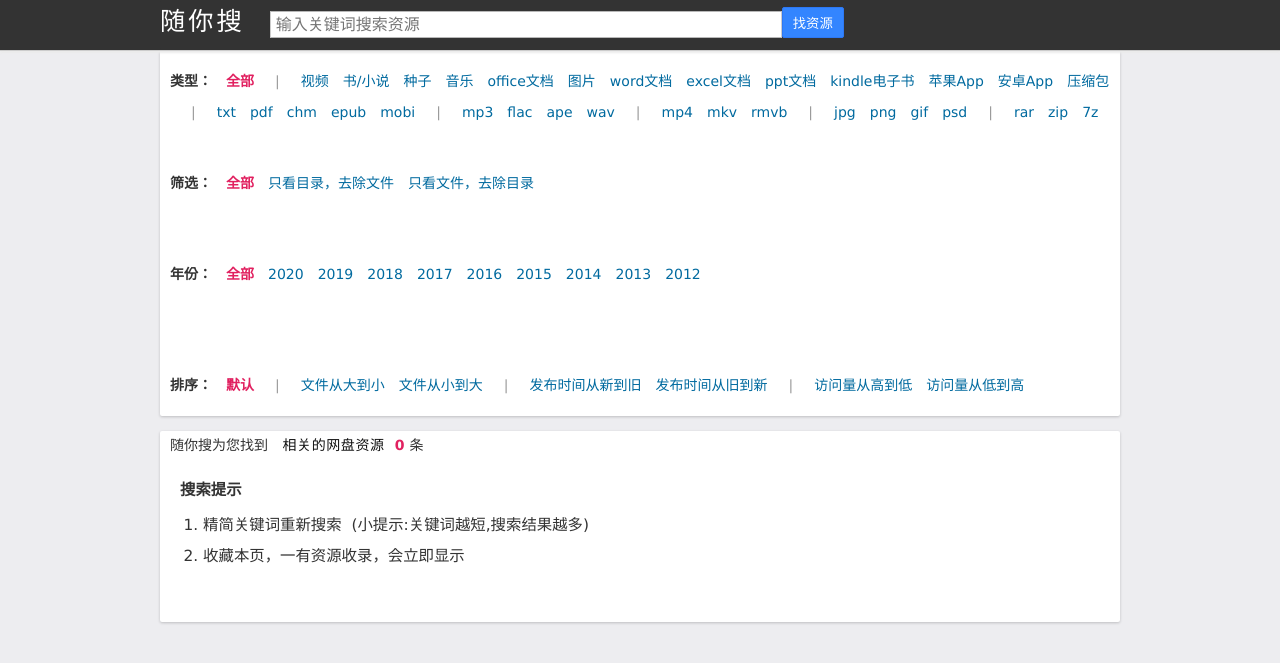
Repository: youngsailsail/nodeStudy
Page: / (app in 爬虫/前端vue/search-book/)
An editor plug-in stored every save of this project. The page is shown before and after the next save, followed by the edit.
The browser window is 1280 px wide. The pictures show the whole page.
The project was rebuilt for these pictures with package versions that can differ from the ones it lists, and the page was loaded fresh each time. Also part of the build but not shown: 爬虫/前端vue/search-book/vue.config.js.

Above is the page before, as saved 2020-05-09 22:13:13.

### 爬虫/前端vue/search-book/src/App.vue
<template>
  <div id="app">
    <Search />
    <FilterBook />
    <List />
  </div>
</template>

<script>
import Search from "./components/Search.vue";
import FilterBook from "./components/FilterBook.vue";
import List from "./components/List.vue";

export default {
  name: "App",
  components: {
    Search,
    FilterBook,
    List
  }
};
</script>

<style>
@import "./assets/css/screen.css";
@import "./assets/css/app.css";
</style>

### 爬虫/前端vue/search-book/src/assets/css/screen.css
/* reset.css */
html {margin:0;padding:0;border:0;}
body, div, span, object, iframe, h1, h2, h3, h4, h5, h6, p, blockquote, pre, a, abbr, acronym, address, code, del, dfn, em, img, q, dl, dt, dd, ol, ul, li, fieldset, form, label, legend, table, caption, tbody, tfoot, thead, tr, th, td, article, aside, dialog, figure, footer, header, hgroup, nav, section {margin:0;padding:0;border:0;font-size:100%;font:inherit;vertical-align:baseline;}
body {line-height:1.5;background:white;}
table {border-collapse:separate;border-spacing:0;}
caption, th, td {text-align:left;font-weight:normal;float:none !important;}
table, th, td {vertical-align:middle;}
blockquote:before, blockquote:after, q:before, q:after {content:'';}
blockquote, q {quotes:"" "";}
a img {border:none;}
:focus {outline:0;}

/* typography.css */
html {font-size:100.01%;}
body {font-size:75%;color:#222;background:#fff;font-family:"Helvetica Neue", Arial, Helvetica, sans-serif;}
a {color:#336699;text-decoration:none;}
a:focus, a:hover {color:#fff;background-color:#336699;}
h1, h2, h3, h4, h5, h6 {font-weight:normal;color:#111;}
h1 {font-size:3em;line-height:1;margin-bottom:0.5em;}
h2 {font-size:2em;margin-bottom:0.75em;}
h3 {font-size:1.5em;line-height:1;margin-bottom:1em;}
h4 {font-size:1.2em;line-height:1.25;margin-bottom:1.25em;}
h5 {font-size:1em;font-weight:bold;margin-bottom:1.5em;}
h6 {font-size:1em;font-weight:bold;}
h1 img, h2 img, h3 img, h4 img, h5 img, h6 img {margin:0;}
p {margin:0 0 1.5em;}
p .left {margin:1.5em 1.5em 1.5em 0;padding:0;}
p .right {margin:1.5em 0 1.5em 1.5em;padding:0;}
img.left {float:left;margin:1.5em 1.5em 1.5em 0;padding:0;}
img.right {float:right;margin:1.5em 0 1.5em 1.5em;}
blockquote {margin:1.5em;color:#666;font-style:italic;}
strong,dfn {font-weight:bold;}
em, dfn {font-style:italic;}
sup, sub {line-height:0;}
abbr, acronym {border-bottom:1px dotted #666;}
address {margin:0 0 1.5em;font-style:italic;}
del {color:#666;}
pre {margin:1.5em 0;white-space:pre;}
pre, code, tt {font:1em 'andale mono', 'lucida console', monospace;line-height:1.5;}
li ul, li ol {margin:0;}
ul, ol {margin:0;}
ul {list-style-type:disc;}
ol {list-style-type:decimal;}
dl {margin:0 0 1.5em 0;}
dl dt {font-weight:bold;}
dd {margin-left:1.5em;}
table {width:100%;}
th {font-weight:bold;}
thead th {background:#c3d9ff;}
th, td, caption {padding:4px 10px 4px 5px;}
tr.even td {background:#e5ecf9;}
tfoot {font-style:italic;}
caption {background:#eee;}

/* forms.css */
label {font-weight:bold;}
fieldset {padding:0 1.4em 1.4em 1.4em;margin:0 0 1.5em 0;border:1px solid #e0e0e0;}
legend {font-weight:bold;font-size:1.2em;margin-top:-0.2em;margin-bottom:1em;}
fieldset, #IE8#HACK {padding-top:1.4em;}
legend, #IE8#HACK {margin-top:0;margin-bottom:0;}
input[type=text], input[type=password], input[type=url], input[type=email], input.text, input.title, textarea {background-color:#fff;border:1px solid #e0e0e0;color:#000;}
input[type=text]:focus, input[type=password]:focus, input[type=url]:focus, input[type=email]:focus, input.text:focus, input.title:focus, textarea:focus {border-color:#7FB9F8;}
select {background-color:#fff;border-width:1px;border-style:solid;}
input[type=text], input[type=password], input[type=url], input[type=email], input.text, input.title, textarea, select {margin:0.5em 0;}
textarea.text, textarea.title input.text, input.title {width:300px;padding:5px;}
textarea.title, input.title {font-size:1.5em;}
textarea {width:390px;height:250px;padding:5px;}
form.inline {line-height:3;}
form.inline p {margin-bottom:0;}

/* grid.css */
.container {width:990px;margin:0 auto;}
.column, div.span-1, div.span-2, div.span-3, div.span-4, div.span-5, div.span-6, div.span-7, div.span-8, div.span-9, div.span-10, div.span-11, div.span-12, div.span-13, div.span-14, div.span-15, div.span-16, div.span-17, div.span-18, div.span-19, div.span-20, div.span-21, div.span-22, div.span-23, div.span-24 {float:left;}
.last, div.last {margin:0 0 0 10px;}
.span-1 {width:50px;}
.span-2 {width:90px;}
.span-3 {width:130px;}
.span-4 {width:185px;}
.span-5 {width:210px;}
.span-6 {width:260px;}
.span-7 {width:290px;}
.span-8 {width:330px;}
.span-9 {width:370px;}
.span-10 {width:410px;}
.span-11 {width:435px;}
.span-12 {width:480px;}
.span-13 {width:515px;}
.span-14 {width:555px;}
.span-15 {width:595px;}
.span-16 {width:635px;}
.span-17 {width:675px;}
.span-18 {width:720px;}
.span-19 {width:770px;}
.span-20 {width:795px;}
.span-21 {width:835px;}
.span-22 {width:875px;}
.span-23 {width:915px;}
.span-24, div.span-24 {width:990px;margin:0;}
hr {background:#ddd;color:#ddd;clear:both;float:none;width:100%;height:.1em;margin:0 0 1.45em;border:none;}
hr.space {background:#fff;color:#fff;}
.container:after {content:"\0020";display:block;height:0;clear:both;visibility:hidden;overflow:hidden;}
.container {display:block;}

### 爬虫/前端vue/search-book/src/components/Search.vue
<template>
  <div class="top-fix-nav">
    <div class="container no-c-border">
      <span class="name">
        <a href="http://www.rufengso.net/">随你搜</a>
      </span>
      <form style="display:inline" @submit.prevent="submit">
        <input
          placeholder="输入关键词搜索资源"
          autocomplete="off"
          maxlength="255"
          type="text"
          class="title"
          name="n"
          v-model="searchTxt"
        />
        <input type="submit" class="s_btn" value="找资源" />
        <!-- <input type="checkbox" id="close_sug" class="sep-left1" checked="checked" />
        <span class="white small2">关闭搜索提示</span>-->
      </form>
    </div>
  </div>
</template>
<script>
import { mapActions } from "vuex";
export default {
  data() {
    return {
      searchTxt: ""
    };
  },
  methods: {
    ...mapActions(["getListData"]),
    submit(e) {
      if (!this.searchTxt) {
        alert("请先输入资源名称");
        return;
      }
      const query = {
        n: this.searchTxt,
        isSearch: true
      };
      this.getListData(query);
    }
  }
};
</script>

### 爬虫/前端vue/search-book/src/components/FilterBook.vue
<template>
  <div class="container sep15-">
    <div class="search-toolbox">
      <div class="sep sep1">
        <b>类型：</b>
        <a class="on sep1 isAll" rel="nofollow" data="f-">全部</a>
        <span class="sep">|</span>
        <a rel="nofollow" data="f-f4" title="搜索文件类型：mp4 mkv rmvb avi flv vob mpg">视频</a>
        <a rel="nofollow" data="f-f2" title="搜索文件类型：txt pdf chm rtf epub mobi azw azw3 kfx">书/小说</a>
        <a rel="nofollow" data="f-f5" title="搜索文件类型：torrent">种子</a>
        <a rel="nofollow" data="f-f3" title="搜索文件类型：mp3 flac ape wav">音乐</a>
        <a rel="nofollow" data="f-f1" title="搜索文件类型：doc docx xls xlsx ppt pptx wps">office文档</a>
        <a rel="nofollow" data="f-f6" title="搜索文件类型：jpg jpeg png gif bmp">图片</a>
        <a rel="nofollow" data="f-f7" title="搜索文件类型：doc docx">word文档</a>
        <a rel="nofollow" data="f-f8" title="搜索文件类型：xls xlsx">excel文档</a>
        <a rel="nofollow" data="f-f9" title="搜索文件类型：ppt pptx">ppt文档</a>
        <a rel="nofollow" data="f-f10" title="搜索文件类型：mobi azw azw3 kfx">kindle电子书</a>
        <a rel="nofollow" data="f-f11" title="搜索文件类型：ipa">苹果App</a>
        <a rel="nofollow" data="f-f12" title="搜索文件类型：apk">安卓App</a>
        <a rel="nofollow" data="f-f13" title="搜索文件类型：zip rar 7z gzip tar gz bz2">压缩包</a>
        <span class="sep">|</span>
        <a rel="nofollow" data="f-txt">txt</a>
        <a rel="nofollow" data="f-pdf">pdf</a>
        <a rel="nofollow" data="f-chm">chm</a>
        <a rel="nofollow" data="f-epub">epub</a>
        <a rel="nofollow" data="f-mobi">mobi</a>
        <span class="sep">|</span>
        <a rel="nofollow" data="f-mp3">mp3</a>
        <a rel="nofollow" data="f-flac">flac</a>
        <a rel="nofollow" data="f-ape">ape</a>
        <a rel="nofollow" data="f-wav">wav</a>
        <span class="sep">|</span>
        <a rel="nofollow" data="f-mp4">mp4</a>
        <a rel="nofollow" data="f-mkv">mkv</a>
        <a rel="nofollow" data="f-rmvb">rmvb</a>
        <span class="sep">|</span>
        <a rel="nofollow" data="f-jpg">jpg</a>
        <a rel="nofollow" data="f-png">png</a>
        <a rel="nofollow" data="f-gif">gif</a>
        <a rel="nofollow" data="f-psd">psd</a>
        <span class="sep">|</span>
        <a rel="nofollow" data="f-rar">rar</a>
        <a rel="nofollow" data="f-zip">zip</a>
        <a rel="nofollow" data="f-7z">7z</a>
      </div>
      <div class="sep sep2">
        <b>筛选：</b>
        <a class="on sep2 isAll" rel="nofollow" data="nd-">全部</a>
        <a rel="nofollow" data="nd-d">只看目录，去除文件</a>
        <a rel="nofollow" data="nd-f">只看文件，去除目录</a>
      </div>
      <div class="sep sep3">
        <b>年份：</b>
        <a class="on sep3 isAll" rel="nofollow" data="nd-" title="只看全部年分享的资源">全部</a>
        <a rel="nofollow" data="y-2020" title="只看2020年分享的资源">2020</a>
        <a rel="nofollow" data="y-2019" title="只看2019年分享的资源">2019</a>
        <a rel="nofollow" data="y-2018" title="只看2018年分享的资源">2018</a>
        <a rel="nofollow" data="y-2017" title="只看2017年分享的资源">2017</a>
        <a rel="nofollow" data="y-2016" title="只看2016年分享的资源">2016</a>
        <a rel="nofollow" data="y-2015" title="只看2015年分享的资源">2015</a>
        <a rel="nofollow" data="y-2014" title="只看2014年分享的资源">2014</a>
        <a rel="nofollow" data="y-2013" title="只看2013年分享的资源">2013</a>
        <a rel="nofollow" data="y-2012" title="只看2012年分享的资源">2012</a>
      </div>
      <div class="sep sep4">
        <b>排序：</b>
        <a class="on sep4 isAll" rel="nofollow" data="s-" isAll>默认</a>
        <span class="sep">|</span>
        <a rel="nofollow" data="s-size1">文件从大到小</a>
        <a rel="nofollow" data="s-size2">文件从小到大</a>
        <span class="sep">|</span>
        <a rel="nofollow" data="s-feedtime1">发布时间从新到旧</a>
        <a rel="nofollow" data="s-feedtime2">发布时间从旧到新</a>
        <span class="sep">|</span>
        <a rel="nofollow" data="s-vcnt1">访问量从高到低</a>
        <a rel="nofollow" data="s-vcnt2">访问量从低到高</a>
      </div>
    </div>
  </div>
</template>
<script>
import { mapState, mapActions, mapMutations } from "vuex";
export default {
  data() {
    return {
      queryObj: {}
    };
  },
  computed: {
    ...mapState(["listData"])
  },
  mounted() {
    let that = this;
    document.querySelectorAll(".search-toolbox a").forEach(element => {
      element.addEventListener("click", function() {
        let parentClass = this.parentNode.classList[1];
        let selectClass = `.on.${parentClass}`;
        if (document.querySelector(selectClass)) {
          document
            .querySelector(selectClass)
            .classList.remove("on", parentClass);
        }
        this.classList.add("on", parentClass);
        let [key, val] = this.getAttribute("data").split("-");
        that.queryObj = {
          ...that.queryObj,
          [key]: val
        };
        that.getData();
      });
    });
  },
  watch: {
    listData(newVal, oldVal) {
      if (!newVal) return;
      const { isSearch } = newVal;
      if (isSearch) {
        this.queryObj = {};
        this.setQueryObj({});
        this.$forceUpdate();
        document.querySelectorAll("a.on").forEach(element => {
          let parentClass = element.parentNode.classList[1];
          element.classList.remove("on", parentClass);
        });
        document.querySelectorAll("a.isAll").forEach(element => {
          let parentClass = element.parentNode.classList[1];
          element.classList.add("on", parentClass);
        });
      }
    }
  },
  methods: {
    ...mapActions(["getListData"]),
    ...mapMutations(["setQueryObj"]),
    getData() {
      let query = {
        n: this.listData.bookName,
        isFilter: true,
        ...this.queryObj
      };
      this.setQueryObj(query);
      if (!this.listData.bookName) return;
      this.getListData(query);
    }
  }
};
</script>
<style lang="scss" scoped>
.container {
  padding-top: 51px;
}
.search-toolbox a {
  cursor: pointer;
  text-decoration: none;
}
</style>

### 爬虫/前端vue/search-book/src/components/List.vue
<template>
  <div class="container" v-if="listData">
    <div class="search-page">
      <div>
        随你搜为您找到
        <h1 class="inline">
          <span class="red sep-both05 bold">{{listData.bookName}}</span>相关的网盘资源
        </h1>
        <span class="red sep-both05 bold">{{listData.count}}</span>条
      </div>
      <div class="row" style="background-color: white;" v-for="(item,index) in listData.list" :key="index">
        <h3>
          <a @click="toDetail(item)" :title="item.title" @click.prevent="getSource(item)" class="box-title">
            <span class="highlight">{{item.title}}</span>
          </a>
        </h3>
        <p>
          <img :title="item.type" width="16" height="16" :src="item.src" />&nbsp;&nbsp;
          <span class="size">{{item.size}}</span>
          <span class="small">由{{item.author}} &nbsp; ---- &nbsp;于{{item.date}}发布</span>
        </p>
      </div>
      <div class="page-list" v-if="listData.bookName && listData.count">
        <button title="上一页" :disabled="currentPage==1" @click.prevent="toGetData(currentPage-1)">上一页</button>
        <span class="current">&nbsp;&nbsp;第{{currentPage}}页&nbsp;&nbsp;</span>
        <button title="下一页" :disabled="currentPage==pageCount" @click.prevent="toGetData(currentPage+1)">下一页</button>&nbsp;
        <a v-show="pageCount>1&&currentPage<pageCount" title="尾页" @click.prevent="toGetData(pageCount)">尾页</a>
        <a v-show="pageCount>1&&currentPage==pageCount" title="首页" @click.prevent="toGetData(1)">首页</a>
        <br />跳页&nbsp;
        <input name="custompage" class="custompage" title="输入页码，按回车快速跳转" type="number" v-model.trim="size" @keydown.enter="toGetData(size)" :max="pageCount" :min="1" /> &nbsp;/{{pageCount}}页&nbsp;&nbsp;
        <span class="pcount">共{{pageCount}}页&nbsp;&nbsp;</span>
        <span class="total">{{listData.count}}项&nbsp;&nbsp;</span>&nbsp;&nbsp;
        <span v-if="size>pageCount" class="highlight">输入值最大为{{pageCount}}</span>
      </div>
      <div class="search-page" v-else>
        <div class="sep large" style="padding-top:10px">
          <b>搜索提示</b>
          <ol>
            <li>精简关键词重新搜索&nbsp;&nbsp;(小提示:关键词越短,搜索结果越多)</li>
            <li>收藏本页，一有资源收录，会立即显示</li>
          </ol>
        </div>
        <br class="bothall" />
      </div>
    </div>
    <div style="margin-top:30px"></div>
  </div>
</template>
<script>
import { mapState, mapActions } from "vuex";
export default {
  data() {
    return {
      currentPage: 1,
      size: 1,
      source: null
    };
  },
  computed: {
    ...mapState(["listData", "queryObj"]),
    pageCount() {
      return Math.ceil(this.listData.count / 30);
    }
  },
  methods: {
    ...mapActions(["getListData"]),
    toGetData(index) {
      if (index > this.pageCount) {
        return;
      }
      this.currentPage = index;
      if (!this.listData.bookName) return;
      const query = {
        ...this.queryObj,
        n: this.listData.bookName,
        pageIndex: index,
        isFilter: false
      };
      this.getListData(query);
    },
    async toDetail(item) {
      let { url } = await this.$api.get("/getBookUrl", {
        params: {
          href: item.href
        }
      });
      var arg =
        '\u003cscript\u003elocation.replace("' + url + '")\u003c/script\u003e';
      window.open("javascript:window.name;", arg);
    }
    // cancel() {
    //   this.source.cancel("这里你可以输出一些信息，可以在catch中拿到");
    // }
  },
  watch: {
    listData(newVal, oldVal) {
      if (!newVal) return;
      const { isFilter, isSearch } = newVal;
      if (isFilter || isSearch) {
        this.currentPage = 1;
        this.size = 1;
      }
    }
  }
};
</script>
<style lang="scss" scoped>
.activeBtn {
  background-color: #227ad3;
  color: white;
}
.page-list {
  a {
    text-decoration: none;
    cursor: pointer;
  }
}
.custompage {
  padding-left: 15px;
}
.small {
  margin-left: 20px;
}
.box-title {
  cursor: pointer;
  width: 80%;
  display: inline-block;
  overflow: hidden; //超出的文本隐藏
  text-overflow: ellipsis; //溢出用省略号显示
  white-space: nowrap;
}
</style>

Loaded but not shown: 爬虫/前端vue/search-book/public/index.html (common file); 爬虫/前端vue/search-book/src/util/http.js (53 lines, source omitted); 爬虫/前端vue/search-book/src/store/index.js (39 lines, source omitted); 爬虫/前端vue/search-book/src/main.js (11 lines, source omitted); 爬虫/前端vue/search-book/src/assets/css/app.css (1466 lines, source omitted)

After the next save:
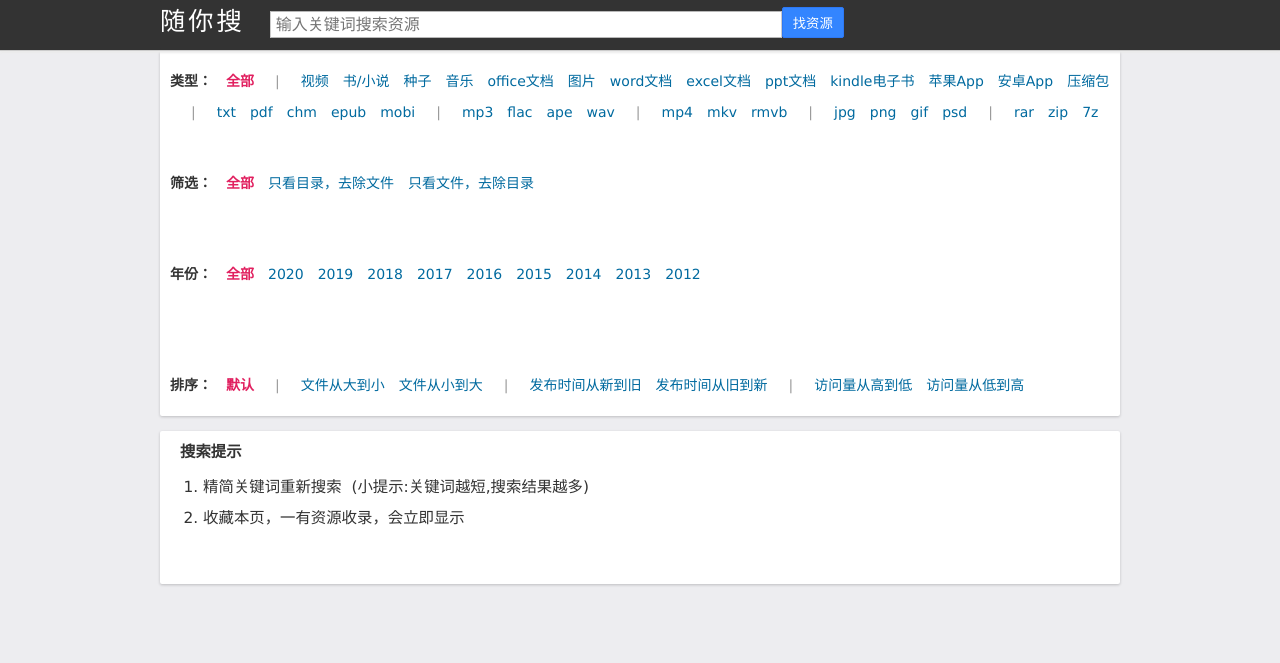
Saved 39 s later.
--- a/爬虫/前端vue/search-book/src/components/List.vue
+++ b/爬虫/前端vue/search-book/src/components/List.vue
@@ -1,7 +1,7 @@
 <template>
   <div class="container" v-if="listData">
     <div class="search-page">
-      <div>
+      <div v-if="listData.bookName">
         随你搜为您找到
         <h1 class="inline">
           <span class="red sep-both05 bold">{{listData.bookName}}</span>相关的网盘资源
